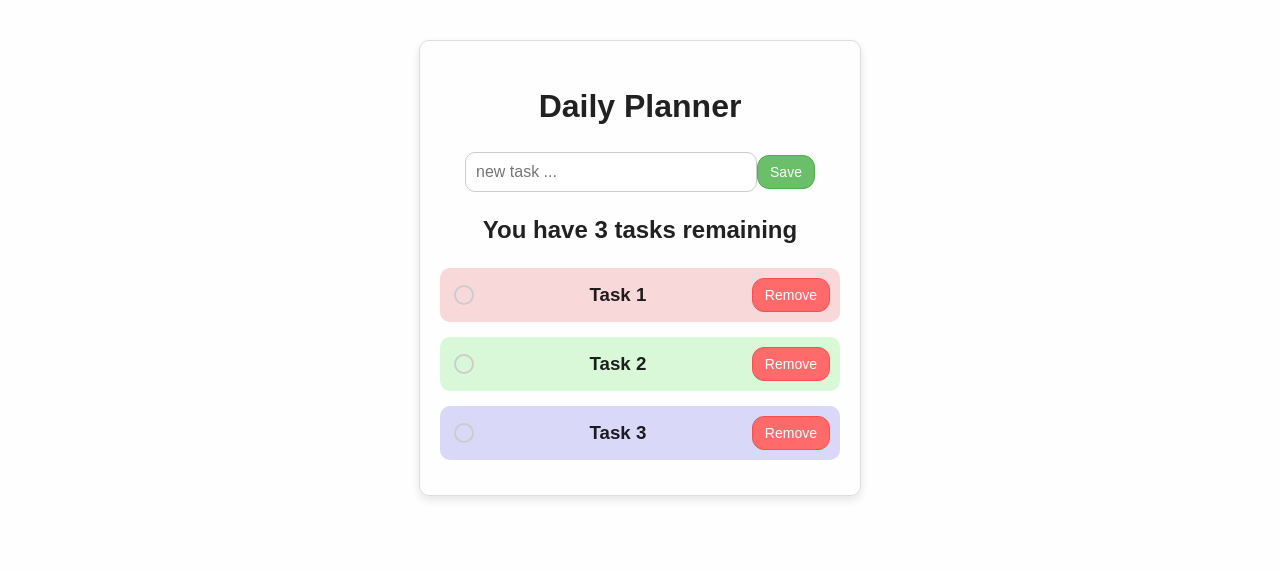
Repository: Zalida-Khan/Frontend-Lab4
Page: /
These files come from the project's save history. The page is drawn as it stood at one moment and after the next save; the edit follows.
The browser window is 1280 px wide. The pictures show the whole page.
The project was rebuilt for these pictures with package versions that can differ from the ones it lists, and the page was loaded fresh each time. Also part of the build but not shown: vite.config.js.

Above is the page before, as saved 2024-10-22 00:15:11.

### index.html
<!doctype html>
<html lang="en">

<head>
  <meta charset="UTF-8" />
  <link rel="icon" type="image/svg+xml" href="/vite.svg" />
  <meta name="viewport" content="width=device-width, initial-scale=1.0" />
  <title>Day Planner</title>
</head>

<body>
  <div id="root"></div>
  <script type="module" src="/src/main.jsx"></script>
</body>

</html>

### src/App.jsx
import "./App.css";
import React, { useState } from "react";
import Task from "./components/Task";
import TaskForm from "./components/TaskForm";

function App() {
  const [tasks, setTasks] = useState([
    { id: 1, text: "Task 1", completed: false },
    { id: 2, text: "Task 2", completed: false },
    { id: 3, text: "Task 3", completed: false },
  ]);

  const addTask = (text) =>
    setTasks([...tasks, { id: Date.now(), text, completed: false }]);

  const toggleTask = (id) =>
    setTasks(
      tasks.map((task) =>
        task.id === id ? { ...task, completed: !task.completed } : task
      )
    );

  const removeTask = (id) => setTasks(tasks.filter((task) => task.id !== id));

  const remainingTasks = tasks.filter((task) => !task.completed).length;

  return (
    <div className="app">
      <header>
        <h1>Daily Planner</h1>
      </header>
      <TaskForm addTask={addTask} />
      <h2>You have {remainingTasks} tasks remaining</h2>
      <div className="task-list">
        {tasks.map((task) => (
          <Task
            key={task.id}
            task={task}
            toggleTask={toggleTask}
            removeTask={removeTask}
          />
        ))}
      </div>
    </div>
  );
}

export default App;

### src/index.css
:root {
  font-family: Inter, system-ui, Avenir, Helvetica, Arial, sans-serif;
  line-height: 1.5;
  font-weight: 400;

  color-scheme: light dark;
  color: rgba(0, 0, 0, 0.87);
  background-color: #fefefe;

  font-synthesis: none;
  text-rendering: optimizeLegibility;
  -webkit-font-smoothing: antialiased;
  -moz-osx-font-smoothing: grayscale;
}

### src/App.css
#root {
  max-width: 1280px;
  margin: 0 auto;
  padding: 2rem;
  text-align: center;
}

.app {
  width: 400px;
  margin: 0 auto;
  padding: 20px;
  font-family: Arial, sans-serif;
  border: 1px solid #ddd;
  border-radius: 10px;
  box-shadow: 0 4px 10px rgba(0, 0, 0, 0.1);
}

.task-list {
  margin-top: 20px;
}

.task {
  display: flex;
  align-items: center;
  justify-content: space-between;
  margin-bottom: 15px;
  padding: 10px;
  border-radius: 10px;
  background-color: #f9f9f9;
}

.task:nth-child(1) {
  background-color: #f8d8d9;
}

.task:nth-child(2) {
  background-color: #d8f8d8;
}

.task:nth-child(3) {
  background-color: #d9d8f8;
}

.task:nth-child(4) {
  background-color: #f8e1d8;
}

.task h3 {
  margin: 0;
  flex-grow: 1;
  text-decoration: none;
}

.task.completed h3 {
  text-decoration: line-through;
}

.checkmark {
  appearance: none;
  width: 20px;
  height: 20px;
  border-radius: 50%;
  border: 2px solid #ccc;
  background-color: transparent;
  display: flex;
  align-items: center;
  justify-content: center;
  cursor: pointer;
  margin-right: 10px;
}

.checkmark:checked {
  background-color: #d1e7dd;
  border: 2px solid #198754;
}

.checkmark:checked::after {
  content: '✓';
  color: white;
}

.delete-btn {
  padding: 8px 12px;
  border-radius: 12px;
  background-color: #ff6b6b;
  border: 1px solid #ff4c4c;
  color: white;
  cursor: pointer;
  font-size: 14px;
  transition: background-color 0.3s, transform 0.2s;
}

.delete-btn:hover {
  background-color: #ff4c4c;
  transform: scale(1.05);
}

.save-btn {
  padding: 8px 12px;
  border-radius: 12px;
  background-color: #6bbf6b;
  border: 1px solid #4cae4c;
  color: white;
  cursor: pointer;
  font-size: 14px;
  transition: background-color 0.3s, transform 0.2s;
}

.save-btn:hover {
  background-color: #4cae4c;
  transform: scale(1.05);
}

.input-container {
  display: flex;
  align-items: center;
  margin-bottom: 20px;
}

.input-field {
  width: calc(100% - 130px);
  padding: 10px;
  border-radius: 10px;
  border: 1px solid #ccc;
  font-size: 16px;
  outline: none;
  transition: border-color 0.3s;
}

.input-field:focus {
  border-color: #198754;
}

### src/components/Task.jsx
import React from 'react';

function Task({ task, toggleTask, removeTask }) {
  return (
    <div className={`task ${task.completed ? 'completed' : ''}`}>
      <input className="checkmark" type="checkbox" checked={task.completed} onChange={() => toggleTask(task.id)} />
      <h3>{task.text}</h3>
      <button className="delete-btn" onClick={() => removeTask(task.id)}>Remove</button>
    </div>
  );
}

export default Task;

### src/components/TaskForm.jsx
import React, { useState } from 'react';

function TaskForm({ addTask }) {
  const [text, setText] = useState('');

  const handleSubmit = (e) => {
    e.preventDefault();
    if (text.trim()) {
      addTask(text);
      setText('');
    }
  };

  return (
    <form onSubmit={handleSubmit}>
      <input className="input-field" type="text" value={text} onChange={(e) => setText(e.target.value)} placeholder="new task ..." />
      <button className="save-btn" type="submit">Save</button>
    </form>
  );
}

export default TaskForm;

Loaded but not shown: src/main.jsx (common file)

After the next save:
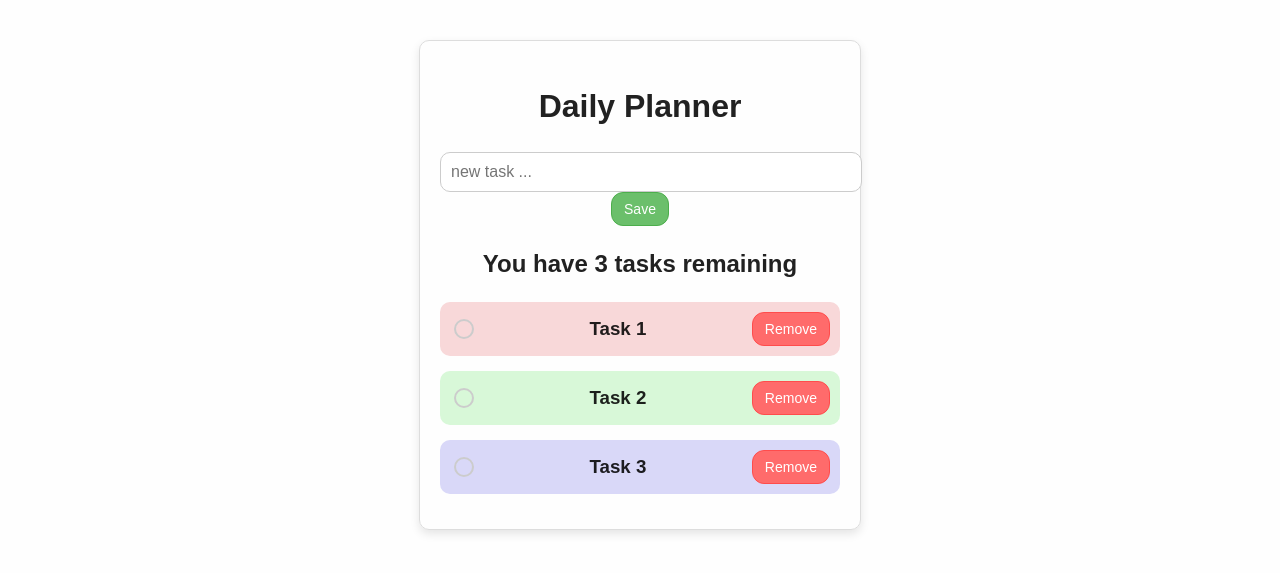
Saved 14 s later.
--- a/src/App.css
+++ b/src/App.css
@@ -118,7 +118,7 @@
 }
 
 .input-field {
-  width: calc(100% - 130px);
+  width: 100%;
   padding: 10px;
   border-radius: 10px;
   border: 1px solid #ccc;

After the save that followed:
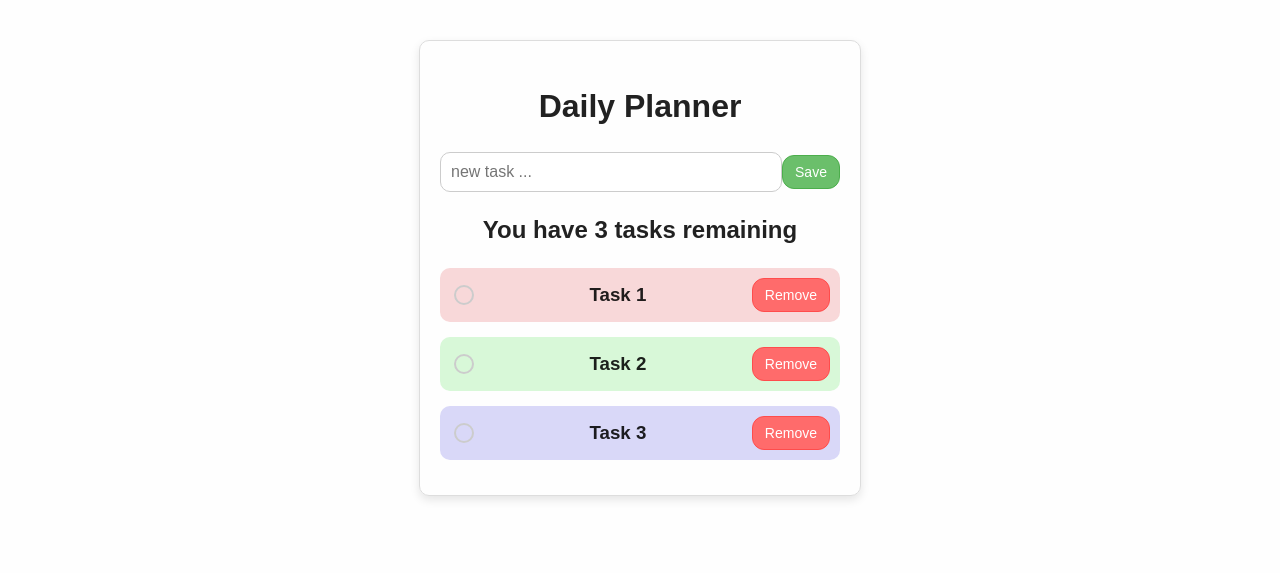
Saved 8 s later.
--- a/src/App.css
+++ b/src/App.css
@@ -118,7 +118,7 @@
 }
 
 .input-field {
-  width: 100%;
+  width: 80%;
   padding: 10px;
   border-radius: 10px;
   border: 1px solid #ccc;
